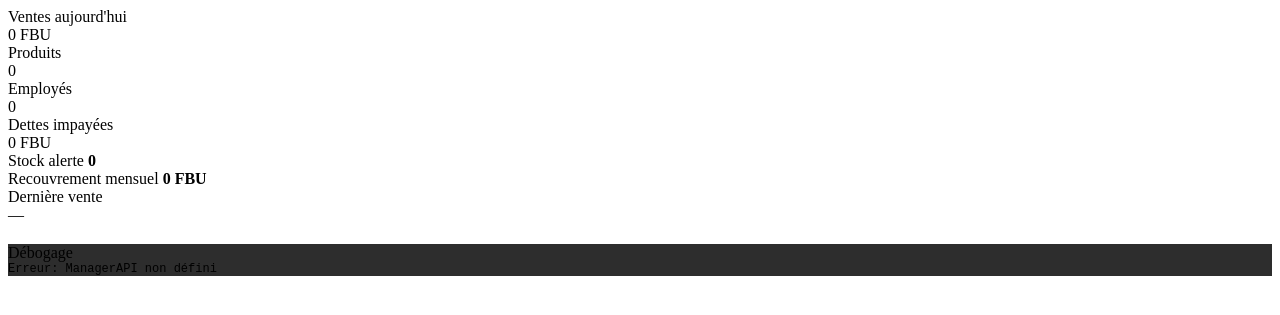
Repository: amosndayikeza-dev/Reviewa
Page: public/assets/html/manager/dashboard-content.html
An editor plug-in stored every save of this project. The page is shown before and after the next save, followed by the edit.
The browser window is 1280 px wide. The pictures show the whole page.

Above is the page before, as saved 2026-05-30 03:08:07.

### public/assets/html/manager/dashboard-content.html
<div class="mgr-dashboard">
    <!-- Ligne des KPI -->
    <div class="mgr-kpi-row">
        <div class="mgr-kpi">
            <div class="mgr-kpi-label">Ventes aujourd'hui</div>
            <div class="mgr-kpi-value" id="salesDay">0 FBU</div>
        </div>
        <div class="mgr-kpi">
            <div class="mgr-kpi-label">Produits</div>
            <div class="mgr-kpi-value" id="productsCount">0</div>
        </div>
        <div class="mgr-kpi">
            <div class="mgr-kpi-label">Employés</div>
            <div class="mgr-kpi-value" id="employeesCount">0</div>
        </div>
        <div class="mgr-kpi">
            <div class="mgr-kpi-label">Dettes impayées</div>
            <div class="mgr-kpi-value" id="pendingDebts">0 FBU</div>
        </div>
    </div>

    <!-- Bandeau récapitulatif -->
    <div class="mgr-recovery-banner">
        <div class="mgr-recovery-item">
            Stock alerte <strong id="lowStockCount">0</strong>
        </div>
        <div class="mgr-recovery-item">
            Recouvrement mensuel <strong id="recoveryMonth">0 FBU</strong>
        </div>
    </div>

    <!-- Dernière vente -->
    <div class="mgr-card">
        <div class="mgr-card-title">
            <i class="fas fa-receipt"></i> Dernière vente
        </div>
        <div id="lastSaleInfo">—</div>
    </div>

    <!-- ZONE DE DÉBOGAGE (à supprimer plus tard) -->
    <div class="mgr-card" style="margin-top: 20px; background: #2d2d2d;">
        <div class="mgr-card-title">
            <i class="fas fa-bug"></i> Débogage
        </div>
        <div id="debug-output" style="font-size: 12px; font-family: monospace; white-space: pre-wrap; max-height: 200px; overflow: auto;"></div>
    </div>
</div>

<script>
    (function() {
        async function loadData() {
            const debugDiv = document.getElementById('debug-output');
            if (debugDiv) debugDiv.innerText = 'Chargement...';

            if (typeof ManagerAPI === 'undefined') {
                if (debugDiv) debugDiv.innerText = 'Erreur: ManagerAPI non défini';
                return;
            }

            try {
                const res = await ManagerAPI.dashboard();
                if (debugDiv) debugDiv.innerText = 'Réponse brute:\n' + JSON.stringify(res, null, 2);

                if (res && res.success) {
                    const dataSource = res.ui || res.data || res;
                    if (debugDiv) debugDiv.innerText += '\n\nSource utilisée: ' + (res.ui ? 'res.ui' : (res.data ? 'res.data' : 'res'));

                    // Extraction avec fallback
                    const salesDay = dataSource.salesDay || dataSource.dailyRevenue || 0;
                    const productsCount = dataSource.productsCount || dataSource.totalProducts || 0;
                    const employeesCount = dataSource.employeesCount || dataSource.totalEmployees || 0;
                    const pendingDebts = dataSource.pendingDebts || dataSource.totalDebts || 0;
                    const lowStockCount = dataSource.lowStockCount || dataSource.lowStock || 0;
                    const recoveryMonth = dataSource.recoveryMonth || dataSource.monthRecovery || 0;

                    document.getElementById('salesDay').innerText = salesDay + ' FBU';
                    document.getElementById('productsCount').innerText = productsCount;
                    document.getElementById('employeesCount').innerText = employeesCount;
                    document.getElementById('pendingDebts').innerText = pendingDebts + ' FBU';
                    document.getElementById('lowStockCount').innerText = lowStockCount;
                    document.getElementById('recoveryMonth').innerText = recoveryMonth + ' FBU';

                    const lastLabel = dataSource.lastSaleLabel || dataSource.lastSale || '—';
                    const lastDate = dataSource.lastSaleDate || dataSource.saleDate || '';
                    document.getElementById('lastSaleInfo').innerHTML = `<p>${lastLabel}</p><small>${lastDate}</small>`;
                } else {
                    if (debugDiv) debugDiv.innerText += '\n\nAPI non successful: ' + (res?.message || 'unknown');
                }
            } catch (err) {
                console.error(err);
                if (debugDiv) debugDiv.innerText = 'Erreur: ' + err.message;
            }
        }
        loadData();
    })();
</script>

After the next save:
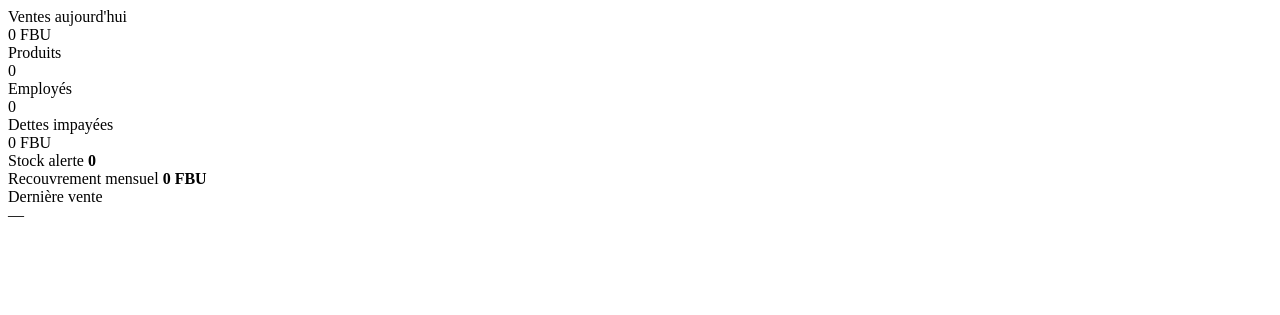
Saved 15 min 55 s later.
--- a/public/assets/html/manager/dashboard-content.html
+++ b/public/assets/html/manager/dashboard-content.html
@@ -36,60 +36,28 @@
         </div>
         <div id="lastSaleInfo">—</div>
     </div>
-
-    <!-- ZONE DE DÉBOGAGE (à supprimer plus tard) -->
-    <div class="mgr-card" style="margin-top: 20px; background: #2d2d2d;">
-        <div class="mgr-card-title">
-            <i class="fas fa-bug"></i> Débogage
-        </div>
-        <div id="debug-output" style="font-size: 12px; font-family: monospace; white-space: pre-wrap; max-height: 200px; overflow: auto;"></div>
-    </div>
 </div>
 
 <script>
     (function() {
         async function loadData() {
-            const debugDiv = document.getElementById('debug-output');
-            if (debugDiv) debugDiv.innerText = 'Chargement...';
-
-            if (typeof ManagerAPI === 'undefined') {
-                if (debugDiv) debugDiv.innerText = 'Erreur: ManagerAPI non défini';
-                return;
-            }
-
+            if (typeof ManagerAPI === 'undefined') return;
             try {
                 const res = await ManagerAPI.dashboard();
-                if (debugDiv) debugDiv.innerText = 'Réponse brute:\n' + JSON.stringify(res, null, 2);
-
                 if (res && res.success) {
-                    const dataSource = res.ui || res.data || res;
-                    if (debugDiv) debugDiv.innerText += '\n\nSource utilisée: ' + (res.ui ? 'res.ui' : (res.data ? 'res.data' : 'res'));
-
-                    // Extraction avec fallback
-                    const salesDay = dataSource.salesDay || dataSource.dailyRevenue || 0;
-                    const productsCount = dataSource.productsCount || dataSource.totalProducts || 0;
-                    const employeesCount = dataSource.employeesCount || dataSource.totalEmployees || 0;
-                    const pendingDebts = dataSource.pendingDebts || dataSource.totalDebts || 0;
-                    const lowStockCount = dataSource.lowStockCount || dataSource.lowStock || 0;
-                    const recoveryMonth = dataSource.recoveryMonth || dataSource.monthRecovery || 0;
-
-                    document.getElementById('salesDay').innerText = salesDay + ' FBU';
-                    document.getElementById('productsCount').innerText = productsCount;
-                    document.getElementById('employeesCount').innerText = employeesCount;
-                    document.getElementById('pendingDebts').innerText = pendingDebts + ' FBU';
-                    document.getElementById('lowStockCount').innerText = lowStockCount;
-                    document.getElementById('recoveryMonth').innerText = recoveryMonth + ' FBU';
-
-                    const lastLabel = dataSource.lastSaleLabel || dataSource.lastSale || '—';
-                    const lastDate = dataSource.lastSaleDate || dataSource.saleDate || '';
-                    document.getElementById('lastSaleInfo').innerHTML = `<p>${lastLabel}</p><small>${lastDate}</small>`;
-                } else {
-                    if (debugDiv) debugDiv.innerText += '\n\nAPI non successful: ' + (res?.message || 'unknown');
+                    const ui = res.ui || {};
+                    document.getElementById('salesDay').innerText = (ui.salesDay || 0) + ' FBU';
+                    document.getElementById('productsCount').innerText = ui.productsCount || 0;
+                    document.getElementById('employeesCount').innerText = ui.employeesCount || 0;
+                    document.getElementById('pendingDebts').innerText = (ui.pendingDebts || 0) + ' FBU';
+                    document.getElementById('lowStockCount').innerText = ui.lowStockCount || 0;
+                    document.getElementById('recoveryMonth').innerText = (ui.recoveryMonth || 0) + ' FBU';
+                    document.getElementById('lastSaleInfo').innerHTML = `
+                        <p>${ui.lastSaleLabel || '—'}</p>
+                        <small>${ui.lastSaleDate || ''}</small>
+                    `;
                 }
-            } catch (err) {
-                console.error(err);
-                if (debugDiv) debugDiv.innerText = 'Erreur: ' + err.message;
-            }
+            } catch(e) { console.error(e); }
         }
         loadData();
     })();
